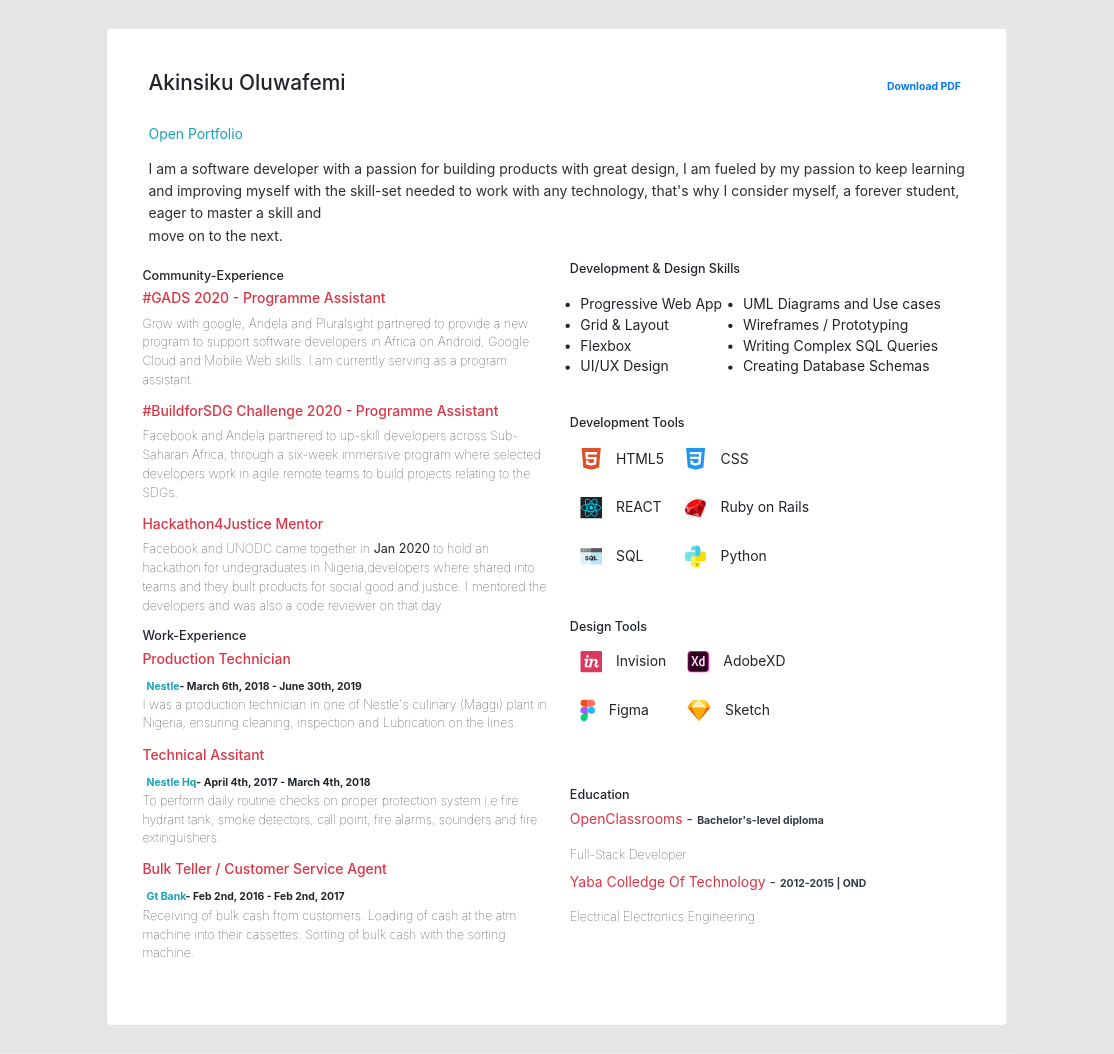
Repository: akinsikuoluwafemi/resume
Page: index.html
These files come from the project's save history. The page is drawn as it stood at one moment and after the next save; the edit follows.
The browser window is 1280 px wide. The pictures show the whole page, at 87% of full size.
The style sheet was rebuilt from its Sass, Less or Tailwind sources for each picture, by a compiler version that may differ from the author's.

Above is the page before, as saved 2020-08-03 19:22:45.

After the next save:
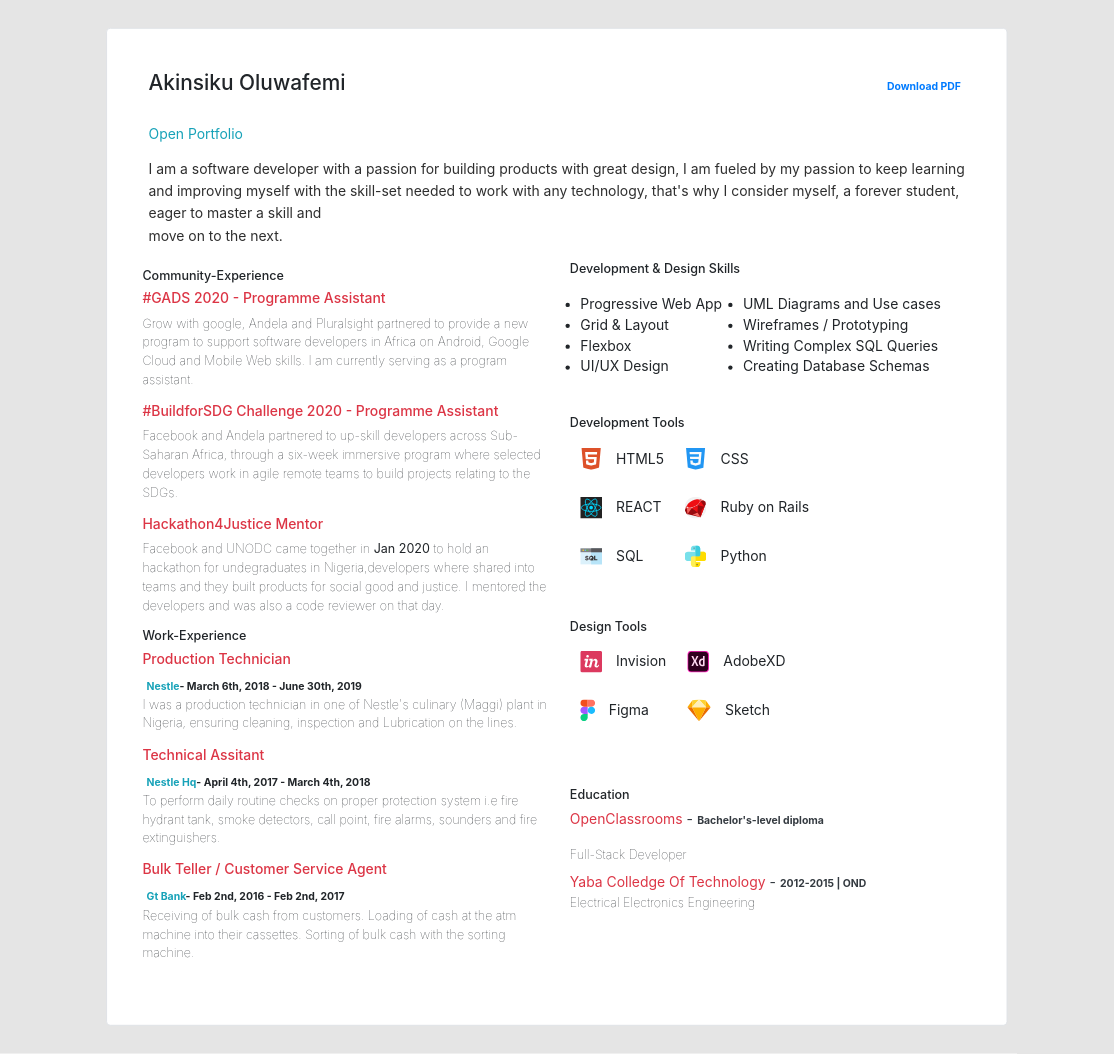
Saved 14 s later.
--- a/index.html
+++ b/index.html
@@ -223,7 +223,7 @@
 
                         <span class="item__description "><a style="color: #212529" href="https://openclassrooms.com/en/paths/104-full-stack-developer">Full-Stack Developer</a></span>
 
-                        <p class="text-danger pt-2">Yaba Colledge Of Technology <span class="text-dark">-</span><span class="badge text-dark">2012-2015
+                        <p class="text-danger paragraph pt-2">Yaba Colledge Of Technology <span class="text-dark">-</span><span class="badge text-dark">2012-2015
                                 | OND</span></p>
                         <span class="item__description ">Electrical Electronics Engineering</span>
 
